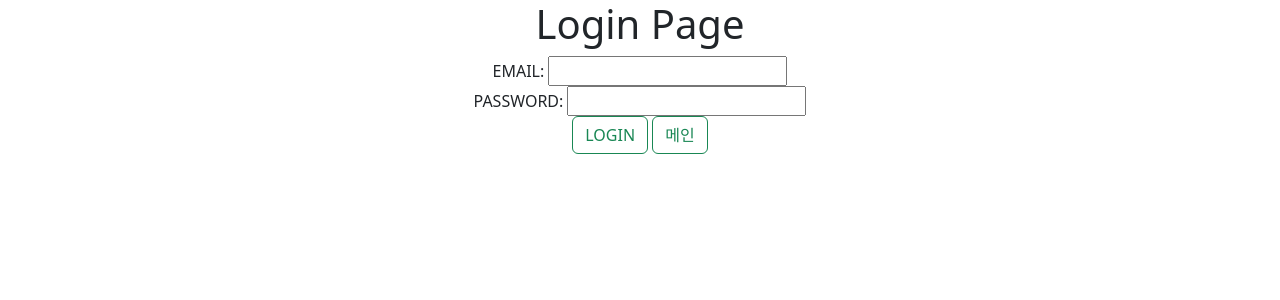
Repository: Raneechoi/java2022_09_03
Page: http://localhost/Project/mem/login
These files come from the project's save history. The page is drawn as it stood at one moment and after the next save; the edit follows.
The browser window is 1280 px wide. The pictures show the whole page.
The page is served by Tomcat 9. Other server files are loaded and not shown.

Above is the page before, as saved 2022-12-08 05:44:19.

### JSP_Board&Member/Project/src/main/webapp/member/login.jsp
<%@ page language="java" contentType="text/html; charset=UTF-8"
    pageEncoding="UTF-8"%>
<%@ taglib uri="http://java.sun.com/jsp/jstl/core" prefix="c" %>
<!DOCTYPE html>
<html>
<head>
<meta charset="UTF-8">
<title>Insert title here</title>
<!-- CSS only -->
<link href="https://cdn.jsdelivr.net/npm/bootstrap@5.2.2/dist/css/bootstrap.min.css" rel="stylesheet" integrity="sha384-Zenh87qX5JnK2Jl0vWa8Ck2rdkQ2Bzep5IDxbcnCeuOxjzrPF/et3URy9Bv1WTRi" crossorigin="anonymous">
<!-- JavaScript Bundle with Popper -->
<script src="https://cdn.jsdelivr.net/npm/bootstrap@5.2.2/dist/js/bootstrap.bundle.min.js" integrity="sha384-OERcA2EqjJCMA+/3y+gxIOqMEjwtxJY7qPCqsdltbNJuaOe923+mo//f6V8Qbsw3" crossorigin="anonymous"></script>
</head>
<body style="text-align: center;">
   <h1>Login Page</h1>
   <form action="/mem/login_auth" method="post">
      EMAIL: <input type="text" name="email"> <br>
      PASSWORD: <input type="password" name="pwd"> <br>
      <button type="submit"  class="btn btn-outline-success">LOGIN</button>
      <a href="/"><button type="button"  class="btn btn-outline-success">메인</button></a>
   </form>

</body>
</html>

### JSP_Board&Member/Project/src/main/java/controller/MemberController.java
package controller;

import java.io.IOException;
import java.util.List;

import javax.servlet.RequestDispatcher;
import javax.servlet.ServletException;
import javax.servlet.annotation.WebServlet;
import javax.servlet.http.HttpServlet;
import javax.servlet.http.HttpServletRequest;
import javax.servlet.http.HttpServletResponse;
import javax.servlet.http.HttpSession;

import org.slf4j.Logger;
import org.slf4j.LoggerFactory;

import domain.MemberVO;
import service.MemberService;
import service.MemberServiceImpl;


@WebServlet("/mem/*")
public class MemberController extends HttpServlet {
	private static final long serialVersionUID = 1L;
	private static final Logger log = LoggerFactory.getLogger(MemberController.class);
    private RequestDispatcher rdp;
    private String destPage; //목적지 주소 기록 변수
    private int isOK;

    private MemberService msv; // interface로 생성 - service패키지에

    public MemberController() {
    	msv = new MemberServiceImpl();
    }

	protected void service(HttpServletRequest req, HttpServletResponse res) throws ServletException, IOException {
		req.setCharacterEncoding("utf-8");
		res.setCharacterEncoding("utf-8");
		res.setContentType("text/html; charset=utf-8");

		String uri = req.getRequestURI();
		String path = uri.substring(uri.lastIndexOf("/")+1);

		log.info(">>> URI > "+uri);
		log.info(">>> Path > "+path);
		switch (path) {
		case "login":
			destPage = "/member/login.jsp";
			break;

		case "login_auth":
			try {
				MemberVO mvo = msv.login(
						new MemberVO(
								req.getParameter("email"),
								req.getParameter("pwd")
								));
				log.info("login 객체 input");
				if(mvo != null) {
					//세션 가져오기. 연결된 세션이 없다면 새로 생성
					HttpSession ses = req.getSession();
					//ses로 mvo를 바인딩
					ses.setAttribute("ses", mvo);
					ses.setMaxInactiveInterval(10*60);  // 로그인 유지시간(10분)
				}else {
					req.setAttribute("msg_login", 0);
				}
				destPage="/";

			} catch (Exception e) {
				// TODO: handle exception
				e.printStackTrace();
			}
			break;

		case "join":
			try {
				destPage = "/member/join.jsp";
			} catch (Exception e) {
				e.printStackTrace();
			}
			break;

		case "register":
			isOK = msv.register(new MemberVO(
					req.getParameter("email"),
					req.getParameter("pwd"),
					req.getParameter("nick_name")
					));
			log.info(">>> join > "+(isOK > 0 ?"ok" :"fail"));
			destPage="login";
			break;

		case "logout":
			// 연결된 세션이 있다면 해당 세션을 가져오기
			try {
				HttpSession ses = req.getSession();
				ses.invalidate();  // 세션 끊기
				// 로그인된 email을 주고 로그인 시간 update
				isOK = msv.lastLogin(req.getParameter("email"));
				log.info(">>> lastLogin > "+(isOK > 0 ?"ok" :"fail"));
				destPage="/index.jsp";
			} catch (Exception e) {
				e.printStackTrace();
			}
			break;

		case "list":
			try {
				List<MemberVO> list = msv.getlist();
				req.setAttribute("list", list);
				destPage="/member/list.jsp";
			} catch (Exception e) {
				e.printStackTrace();
			}
			break;

		case "modify":
			try {
				log.info("modify check 1");
				MemberVO mvo = msv.selectOne(req.getParameter("email"));
				req.setAttribute("mvo", mvo);

				log.info("modify check 2");
				destPage = "/member/update.jsp";
			} catch (Exception e) {
				e.printStackTrace();
			}
			break;

		case "update":
			try {
				MemberVO mvo = new MemberVO(req.getParameter("email"), req.getParameter("pwd"), req.getParameter("nick_name"));
				int isOk = msv.update(mvo);
				destPage = "/";
			} catch (Exception e) {
				e.printStackTrace();
			}
			break;

		case "remove":
			try {
				HttpSession ses = req.getSession();
				ses.invalidate();  // 세션 끊기
				// 로그인된 email을 주고 로그인 시간 update
				isOK = msv.remove(req.getParameter("email"));
				log.info(">>> remove > "+(isOK > 0 ?"ok" :"fail"));
				destPage="/";

			} catch (Exception e) {
				e.printStackTrace();
			}
			break;

		default:
			break;
		}
		// 목적지 주소 값 세팅
		rdp = req.getRequestDispatcher(destPage);
		// 정보 싣고 보내기
		rdp.forward(req, res);
	}

	protected void doGet(HttpServletRequest req, HttpServletResponse res) throws ServletException, IOException {
		service(req, res);
	}

	protected void doPost(HttpServletRequest req, HttpServletResponse res) throws ServletException, IOException {
		service(req, res);
	}
}

### JSP_Board&Member/Project/src/main/java/service/MemberServiceImpl.java
package service;

import java.util.List;

import org.slf4j.Logger;
import org.slf4j.LoggerFactory;

import controller.MemberController;
import domain.MemberVO;
import repository.MemberDAO;
import repository.MemberDAOImpl;

public class MemberServiceImpl implements MemberService {

	private MemberDAO mdao;
	private static final Logger log = LoggerFactory.getLogger(MemberController.class);

	public MemberServiceImpl() {
		mdao = new MemberDAOImpl();
	}

	@Override
	public MemberVO login(MemberVO mvo) {
		log.info("login check 2");
		return mdao.selectOne(mvo);
	}

	@Override
	public int register(MemberVO mvo) {
		log.info("register check 2");
		return mdao.insert(mvo);
	}

	@Override
	public int lastLogin(String email) {
		log.info("lastLogin check 2");
		return mdao.update(email);
	}

	@Override
	public List<MemberVO> getlist() {
		log.info("list check 2");
		return mdao.listall();
	}

	@Override
	public int modify(MemberVO mvo) {
		log.info("modify check 2");
		return mdao.update(mvo);
	}

	@Override
	public MemberVO selectOne(String email) {
		// TODO Auto-generated method stub
		return mdao.selectOne(email);
	}

	@Override
	public int update(MemberVO mvo) {
		// TODO Auto-generated method stub
		return mdao.update(mvo);
	}

	@Override
	public int remove(String email) {
		// TODO Auto-generated method stub
		return mdao.remove(email);
	}
}

### JSP_Board&Member/Project/src/main/java/repository/MemberDAO.java
package repository;

import java.util.List;

import domain.MemberVO;

public interface MemberDAO {

	MemberVO selectOne(MemberVO mvo);

	int insert(MemberVO mvo);

	int update(String email);

	List<MemberVO> listall();

	int update(MemberVO mvo);

	MemberVO selectOne(String email);

	int remove(String email);

}

### JSP_Board&Member/Project/src/main/java/repository/MemberDAOImpl.java
package repository;

import java.util.List;

import org.apache.ibatis.session.SqlSession;
import org.slf4j.Logger;
import org.slf4j.LoggerFactory;

import domain.MemberVO;
import orm.DatabaseBuilder;

public class MemberDAOImpl implements MemberDAO {

	private static final Logger log = LoggerFactory.getLogger(MemberDAOImpl.class);
	private SqlSession sql;
	private final String NS = "MemberMapper.";

	public MemberDAOImpl() {
		new DatabaseBuilder();
		sql = DatabaseBuilder.getFactory().openSession();
	}

	@Override
	public MemberVO selectOne(MemberVO mvo) {
		log.info("login check 3");
		return sql.selectOne(NS+"login",mvo);
	}

	@Override
	public int insert(MemberVO mvo) {
		log.info("join check 3");
		int isOK = sql.insert(NS+"reg",mvo);
		if(isOK > 0) {
			sql.commit();
		}
		return isOK;
	}

	@Override
	public int update(String email) {
		log.info("lastLogin check 3");
		int isOK = sql.update(NS+"last", email);
		if(isOK > 0) sql.commit();
		return isOK;
	}

	@Override
	public List<MemberVO> listall() {
		log.info("list check 3");
		return sql.selectList(NS+"list");
	}

	@Override
	public int update(MemberVO mvo) {
		log.info("modify check 3");
		int isOK = sql.update(NS+"modify",mvo);
		if(isOK > 0) sql.commit();
		return isOK;
	}

	@Override
	public MemberVO selectOne(String email) {
		// TODO Auto-generated method stub
		return sql.selectOne(NS+"getOne", email);
	}

	@Override
	public int remove(String email) {
		// TODO Auto-generated method stub
		int isOK = sql.delete(NS+"remove",email);
		if(isOK > 0) sql.commit();
		return isOK;
	}

}

### JSP_Board&Member/Project/src/main/java/orm/DatabaseBuilder.java
package orm;

import org.apache.ibatis.io.Resources;
import org.apache.ibatis.session.SqlSessionFactory;
import org.apache.ibatis.session.SqlSessionFactoryBuilder;

public class DatabaseBuilder {

	private static SqlSessionFactory factory;

	static {
		try {
			factory = new SqlSessionFactoryBuilder()
					.build(Resources.getResourceAsReader("orm/MybatisConfig.xml"));
		} catch (Exception e) {
			e.printStackTrace();
		}
	}

	public static SqlSessionFactory getFactory() {
		return factory;
	}

}

### JSP_Board&Member/Project/src/main/java/domain/MemberVO.java
package domain;

public class MemberVO {

	private String email;
	private String pwd;
	private String nick_name;
	private String reg_at;
	private String last_login;

	public MemberVO() {}

	//login : email, pwd
	public  MemberVO(String email, String pwd) {
		this.email = email;
		this.pwd = pwd;
	}

	// join,modify : email, pwd, nick_name
	public MemberVO(String email, String pwd, String nick_name) {
		this.email = email;
		this.pwd = pwd;
		this.nick_name = nick_name;
	}

	// list : all
	public MemberVO(String email, String pwd, String nick_name, String reg_at, String last_login) {
		this.email = email;
		this.pwd = pwd;
		this.nick_name = nick_name;
		this.reg_at = reg_at;
		this.reg_at = last_login;
	}

	public String getEmail() {
		return email;
	}

	public void setEmail(String email) {
		this.email = email;
	}

	public String getPwd() {
		return pwd;
	}

	public void setPwd(String pwd) {
		this.pwd = pwd;
	}

	public String getNick_name() {
		return nick_name;
	}

	public void setNick_name(String nick_name) {
		this.nick_name = nick_name;
	}

	public String getReg_at() {
		return reg_at;
	}

	public void setReg_at(String reg_at) {
		this.reg_at = reg_at;
	}

	public String getLast_login() {
		return last_login;
	}

	public void setLast_login(String last_login) {
		this.last_login = last_login;
	}

}

### JSP_Board&Member/Project/src/main/java/domain/BoardVO.java
package domain;

public class BoardVO {

	private int bno;
	private String title;
	private String writer;
	private String content;
	private String reg_date;
	private int read_count;
	private String image_file;

	public BoardVO() {}

	// insert(title, writer, content)
	public BoardVO(String title, String writer, String content) {
		this.title = title;
		this.writer = writer;
		this.content = content;
	}

	// list(bno, title, writer, reg_date, read_count)
	public BoardVO(int bno, String title, String writer, String reg_date, int read_count) {
		this.bno = bno;
		this.title = title;
		this.writer = writer;
		this.reg_date = reg_date;
		this.read_count = read_count;
	}

	// detail (all)
	public BoardVO(int bno, String title, String writer, String content, String reg_date, int read_count, String image_file) {
		this.bno = bno;
		this.title = title;
		this.writer = writer;
		this.content = content;
		this.reg_date = reg_date;
		this.read_count = read_count;
		this.image_file = image_file;
	}

	// update(bno, title, content)
	public BoardVO(int bno, String title, String content) {
		this.bno = bno;
		this.title = title;
		this.content = content;
	}

	//(bno, read_count)
	public BoardVO(int bno, int read_count) {
		this.bno = bno;
		this.read_count = read_count;
	}

	public int getBno() {
		return bno;
	}

	public void setBno(int bno) {
		this.bno = bno;
	}

	public String getTitle() {
		return title;
	}

	public void setTitle(String title) {
		this.title = title;
	}

	public String getWriter() {
		return writer;
	}

	public void setWriter(String writer) {
		this.writer = writer;
	}

	public String getContent() {
		return content;
	}

	public void setContent(String content) {
		this.content = content;
	}

	public String getReg_date() {
		return reg_date;
	}

	public void setReg_date(String reg_date) {
		this.reg_date = reg_date;
	}

	public int getRead_count() {
		return read_count;
	}

	public void setRead_count(int read_count) {
		this.read_count = read_count;
	}

	public String getImage_file() {
		return image_file;
	}

	public void setImage_file(String image_file) {
		this.image_file = image_file;
	}

}

### JSP_Board&Member/Project/src/main/java/domain/PagingVO.java
package domain;

public class PagingVO {

	private int pageNo;  // 현재 화면에 출력되는 페이지네이션 번호
	private int qty;     // 한 페이지당 보여줄 게시글 수

	public PagingVO() {  // 페이지네이션을 클릭하기 전 기본 리스트 출력 값
		this(1,10);
	}

	public PagingVO(int pageNo, int qty) {
		this.pageNo = pageNo;
		this.qty = qty;
	}

	public int getPageStart() {
		return (this.pageNo-1)*qty;   // 시작페이지 번호 구하기
	}

	public int getPageNo() {
		return pageNo;
	}

	public void setPageNo(int pageNo) {
		this.pageNo = pageNo;
	}

	public int getQty() {
		return qty;
	}

	public void setQty(int qty) {
		this.qty = qty;
	}


}

### JSP_Board&Member/Project/src/main/java/domain/CommentVO.java
package domain;

public class CommentVO {

	private int cno;
	private int bno;
	private String writer;
	private String content;
	private String reg_at;

	public CommentVO() { }

	// post(bno, writer, content)
	public CommentVO(int bno, String writer, String content) {
		this.bno = bno;
		this.writer = writer;
		this.content = content;
	}

	// modify
	public CommentVO(int cno, String content) {
		this.cno = cno;
		this.content = content;
	}

	// list(bno, cno, writer, content, reg_at)
	public CommentVO(int cno, int bno, String writer, String content, String reg_at) {
		this.cno = cno;
		this.bno = bno;
		this.writer = writer;
		this.content = content;
		this.reg_at = reg_at;
	}

	public int getCno() {
		return cno;
	}

	public void setCno(int cno) {
		this.cno = cno;
	}

	public int getBno() {
		return bno;
	}

	public void setBno(int bno) {
		this.bno = bno;
	}

	public String getWriter() {
		return writer;
	}

	public void setWriter(String writer) {
		this.writer = writer;
	}

	public String getContent() {
		return content;
	}

	public void setContent(String content) {
		this.content = content;
	}

	public String getReg_at() {
		return reg_at;
	}

	public void setReg_at(String reg_at) {
		this.reg_at = reg_at;
	}


}

After the next save:
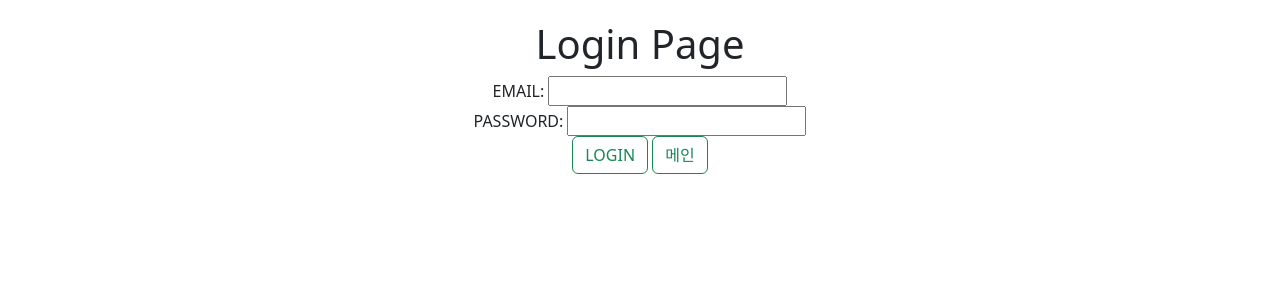
Saved 25 s later.
--- a/JSP_Board&Member/Project/src/main/webapp/member/login.jsp
+++ b/JSP_Board&Member/Project/src/main/webapp/member/login.jsp
@@ -11,7 +11,7 @@
 <!-- JavaScript Bundle with Popper -->
 <script src="https://cdn.jsdelivr.net/npm/bootstrap@5.2.2/dist/js/bootstrap.bundle.min.js" integrity="sha384-OERcA2EqjJCMA+/3y+gxIOqMEjwtxJY7qPCqsdltbNJuaOe923+mo//f6V8Qbsw3" crossorigin="anonymous"></script>
 </head>
-<body style="text-align: center;">
+<body style="text-align: center; margin-top: 20px">
    <h1>Login Page</h1>
    <form action="/mem/login_auth" method="post">
       EMAIL: <input type="text" name="email"> <br>
